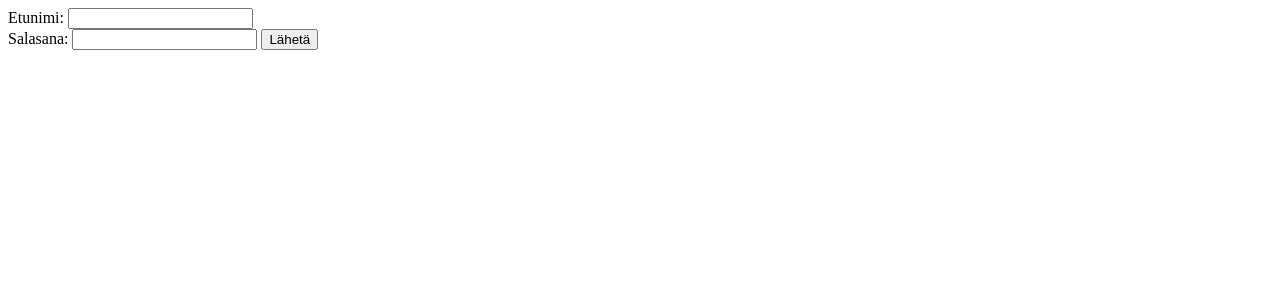
Repository: Zonkku/Valmistautuminen
Page: http://localhost/Kommunikaatio/Kysy.jsp
An editor plug-in stored every save of this project. The page is shown before and after the next save, followed by the edit.
The browser window is 1280 px wide. The pictures show the whole page.
The page is served by Tomcat 9.

Above is the page before, as saved 2020-04-17 08:22:31.

After the next save:
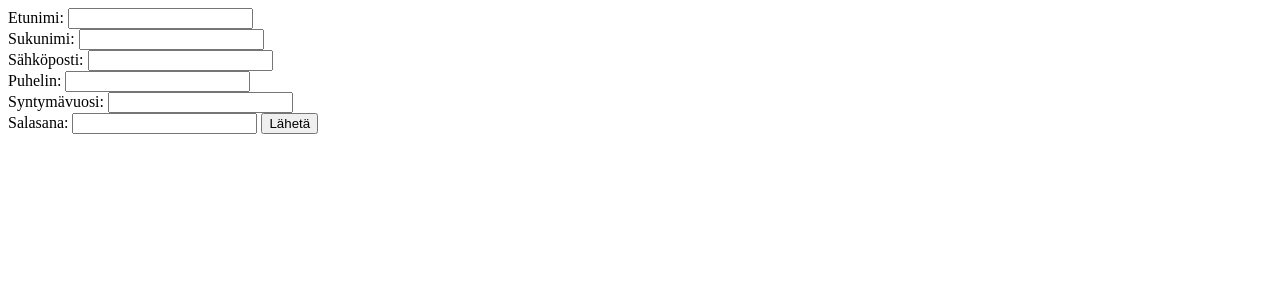
Saved 83 s later.
--- a/Kommunikaatio/WebContent/Kysy.jsp
+++ b/Kommunikaatio/WebContent/Kysy.jsp
@@ -11,7 +11,15 @@
 
 
 <form action="nayta.jsp" method="GET">
-	Etunimi: <input type="text" name="tunnus"><br>
+	Etunimi: <input type="text" name="etunimi"><br>
+	Sukunimi: <input type="text" name="sukunimi"><br>
+	Sähköposti: <input type="text" name="sposti"><br>
+	Puhelin: <input type="text" name="puhelin"><br>
+	Syntymävuosi: <input type="text" name="etunimi"><br>
+
+
+
+
 	Salasana: <input type="password" name="pwd">
 	<input type="submit" value="Lähetä">
 </form>
